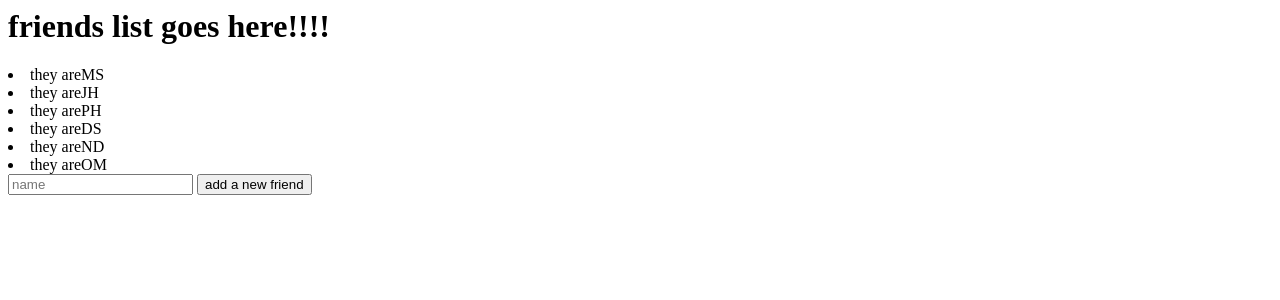
Repository: itsSYBruce/Redfin-Food-Truck
Page: http://localhost/friends
The author's editor kept a record of every edit. The page is drawn from the files as they stood at one moment, then again after the next edit.
The browser window is 1280 px wide. The pictures show the whole page.
The page is served by the project's Node server (MoreExpress/PostRequestDemo/app.js).

Above is the page before.

After the next edit:
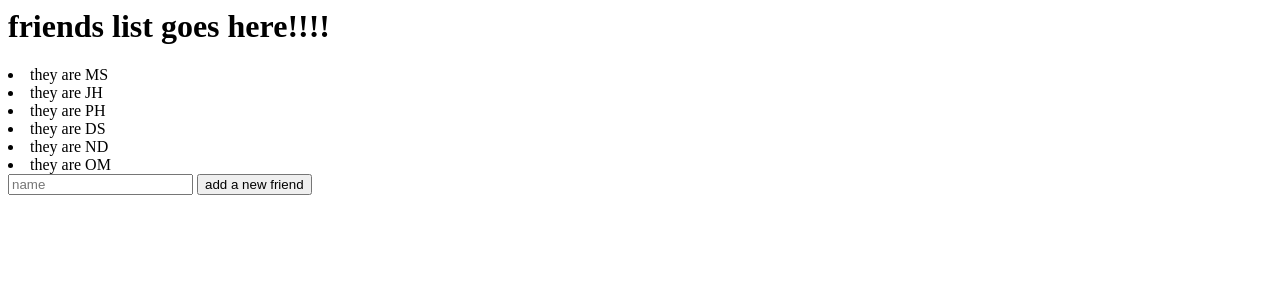
The edit:
--- a/rulev bs4/MoreExpress/PostRequestDemo/views/friends.ejs
+++ b/rulev bs4/MoreExpress/PostRequestDemo/views/friends.ejs
@@ -1,7 +1,7 @@
 <h1>friends list goes here!!!!</h1>
 
 <% friends.forEach(function(fr) { %>
-    <li><%= "they are" + fr %></li>
+    <li><%= "they are " + fr %></li>
 <% }); %>
 
 
